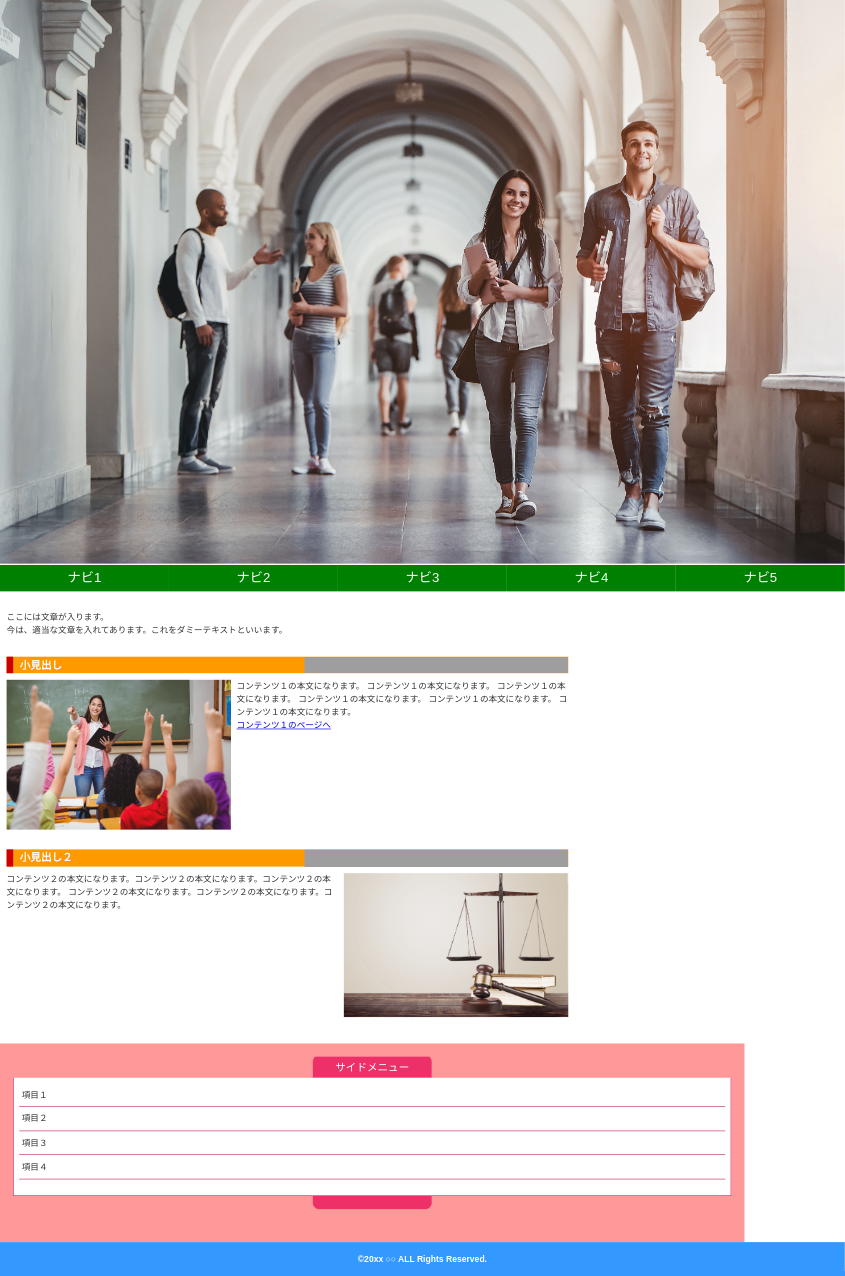
Repository: Ayano0819/samurai_HTML-CSS
Page: c9/home.html
The author's editor kept a record of every edit. The page is drawn from the files as they stood at one moment, then again after the next edit.
The browser window is 1280 px wide. The pictures show the whole page, at 66% of full size.
Pictures or frames that could not be fetched are drawn as grey boxes.

Above is the page before.

After the next edit:
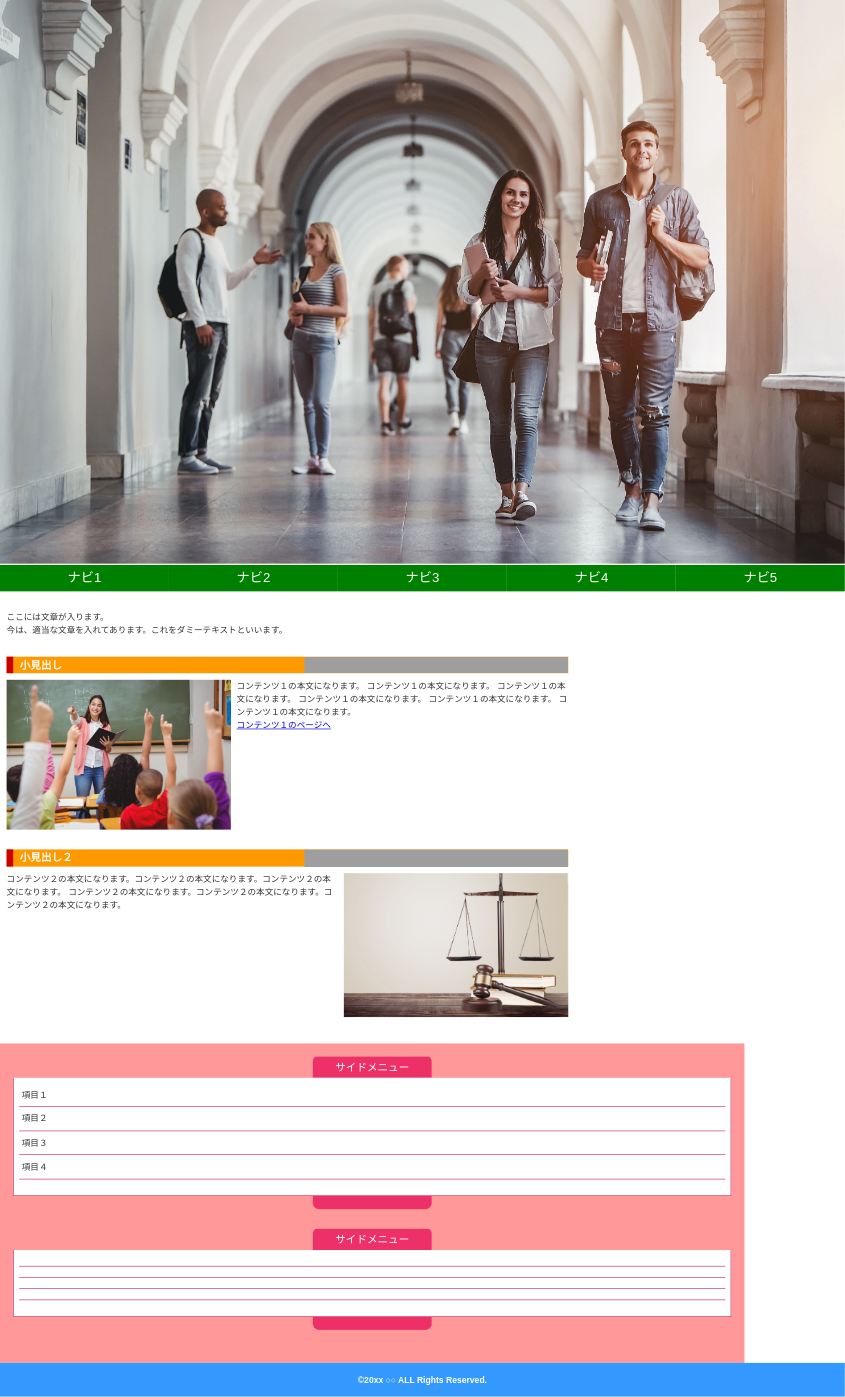
The edit:
--- a/c9/home.html
+++ b/c9/home.html
@@ -57,6 +57,17 @@
                   </ul>
               </div>
           </div>
+          <div class="box">
+              <h2>サイドメニュー</h2>
+              <div class="boxBody">
+                  <ul>
+                      <li></li>
+                      <li></li>
+                      <li></li>
+                      <li></li>
+                  </ul>
+              </div>
+          </div>
       </div>
   </div>
    <div id="footer">
